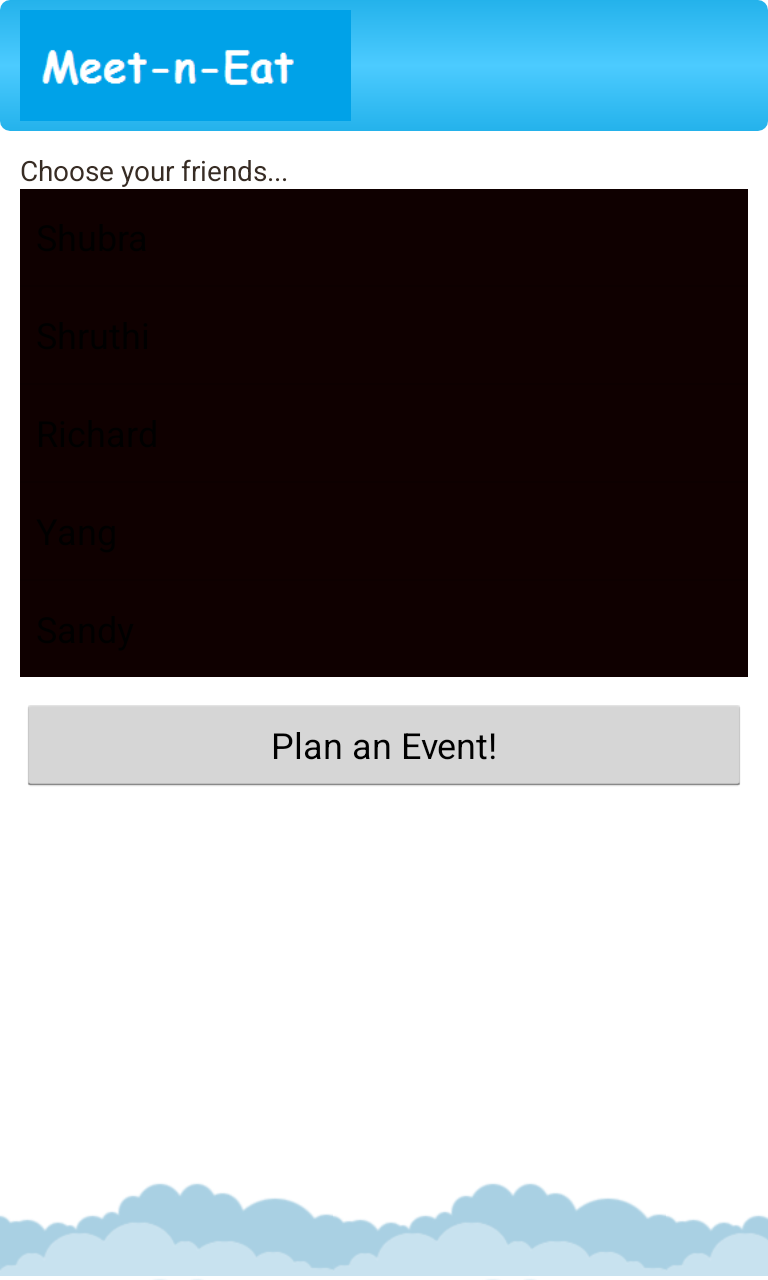
Repository: shubra-shetty/MasterProject
Layout: finalprojecttry1/finalproject_try1/res/layout/home.xml
These files come from the project's save history. The layout is drawn as it stood at one moment and after the next save; the edit follows.
It is drawn on a 768 x 1280 px phone screen (xhdpi) without system bars, with theme AppTheme; the app's code is not run. Lists and similar views that code fills are empty.

Above is the layout before, as saved 2014-11-20 06:05:05.

After the next save:
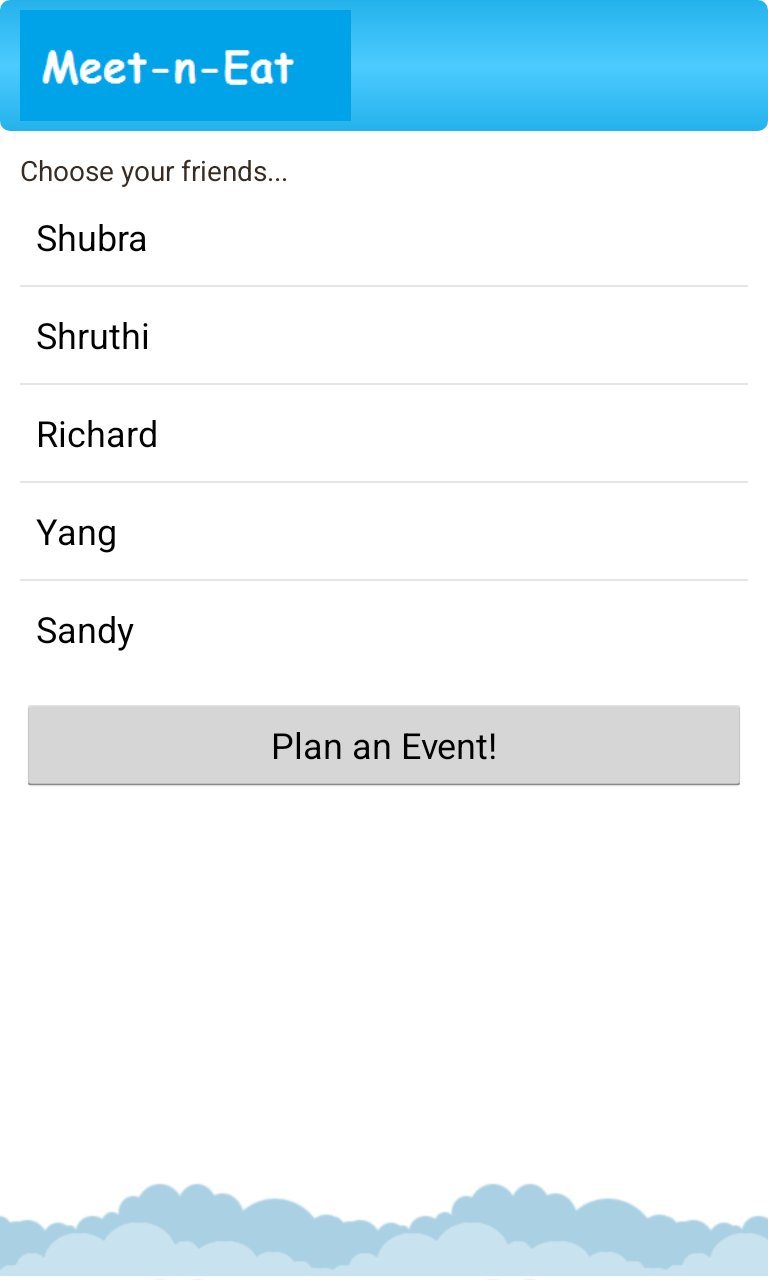
Saved 15 s later.
--- a/finalprojecttry1/finalproject_try1/res/layout/home.xml
+++ b/finalprojecttry1/finalproject_try1/res/layout/home.xml
@@ -58,7 +58,7 @@
         android:layout_height="match_parent"
         android:entries="@array/friends"
         android:drawSelectorOnTop="false"
-        android:background="#ff0f0000"/>
+        android:background="#00000000"/>
 
 		  <!-- Plan an Event button -->
 		  <Button android:id="@+id/btnPlan"
